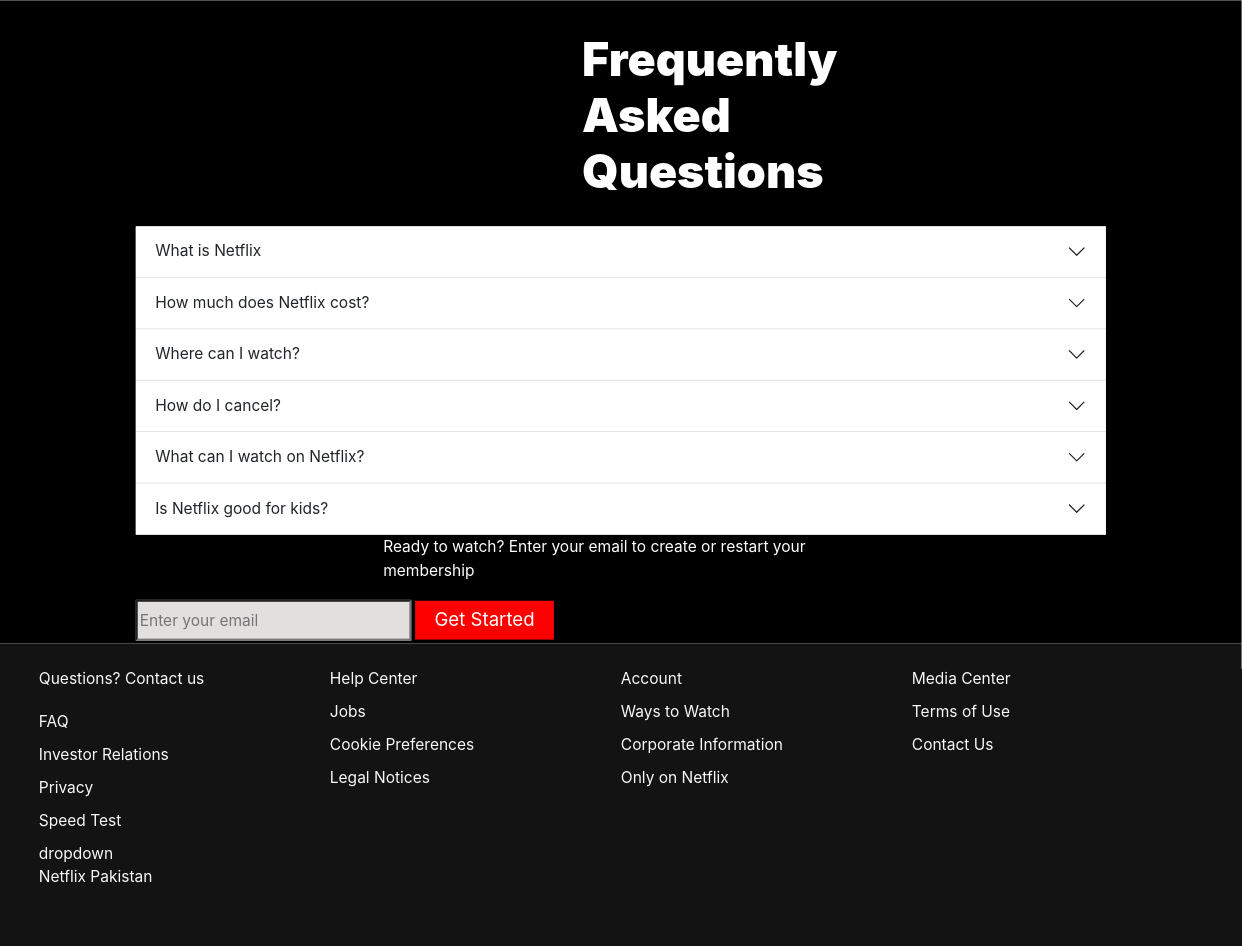
Repository: WajihaGul/Netflix-Clone
Page: /
An editor plug-in stored every save of this project. The page is shown before and after the next save, followed by the edit.
The browser window is 1280 px wide. The pictures show the part of the page from y = 621 to 1596 px (the page is 1596 px tall before and 1481 px after), at 97% of full size.
The project was rebuilt for these pictures with package versions that can differ from the ones it lists, and the page was loaded fresh each time. Also part of the build but not shown: src/App.css.

Above is the page before, as saved 2024-05-24 16:00:38.

After the next save:
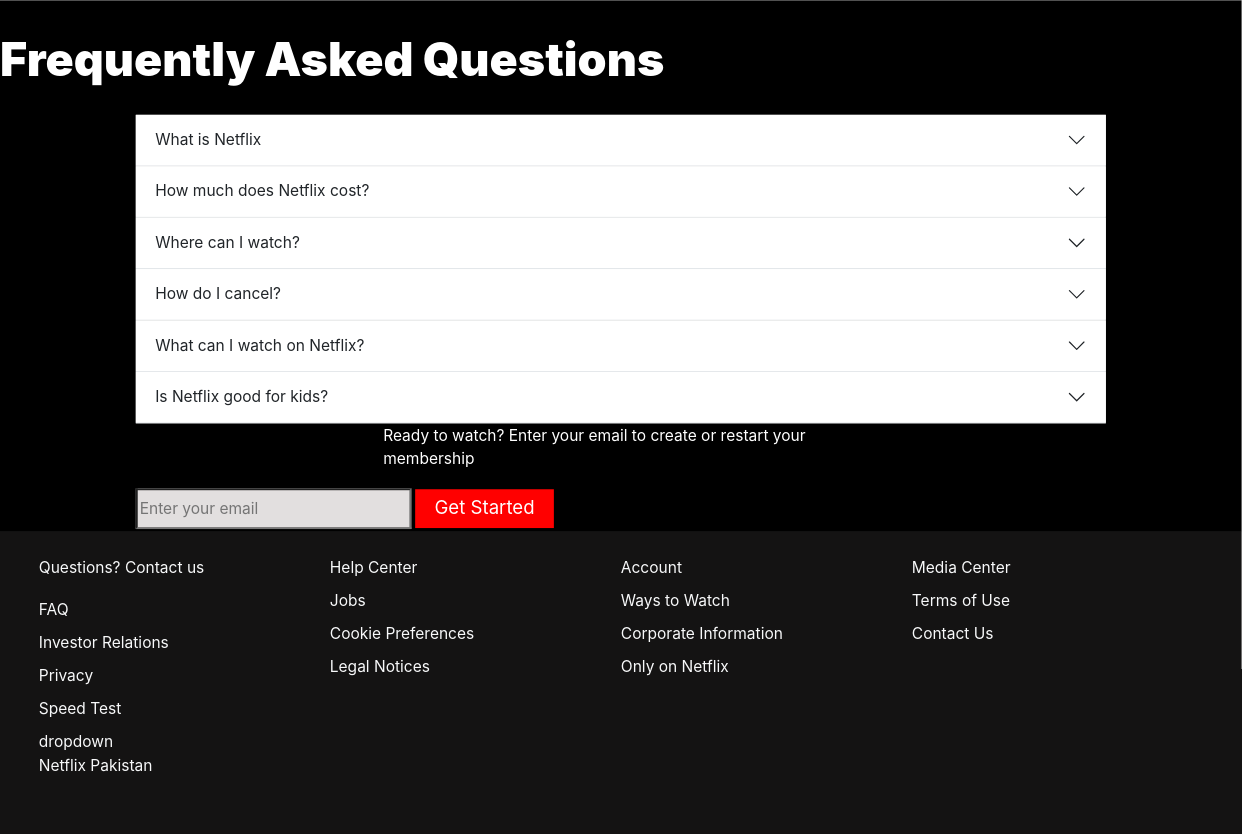
Saved 15 s later.
--- a/src/Components/FAQs/FAQs.module.css
+++ b/src/Components/FAQs/FAQs.module.css
@@ -11,8 +11,8 @@
    color:white;
    font-size: 3rem;
    font-weight: 900;
-   padding-left: 600px;
-   padding-right: 600px;
+   /* padding-left: 600px;
+   padding-right: 600px; */
    padding-bottom: 20px;
    padding-top: 32px;
 }

After the save that followed:
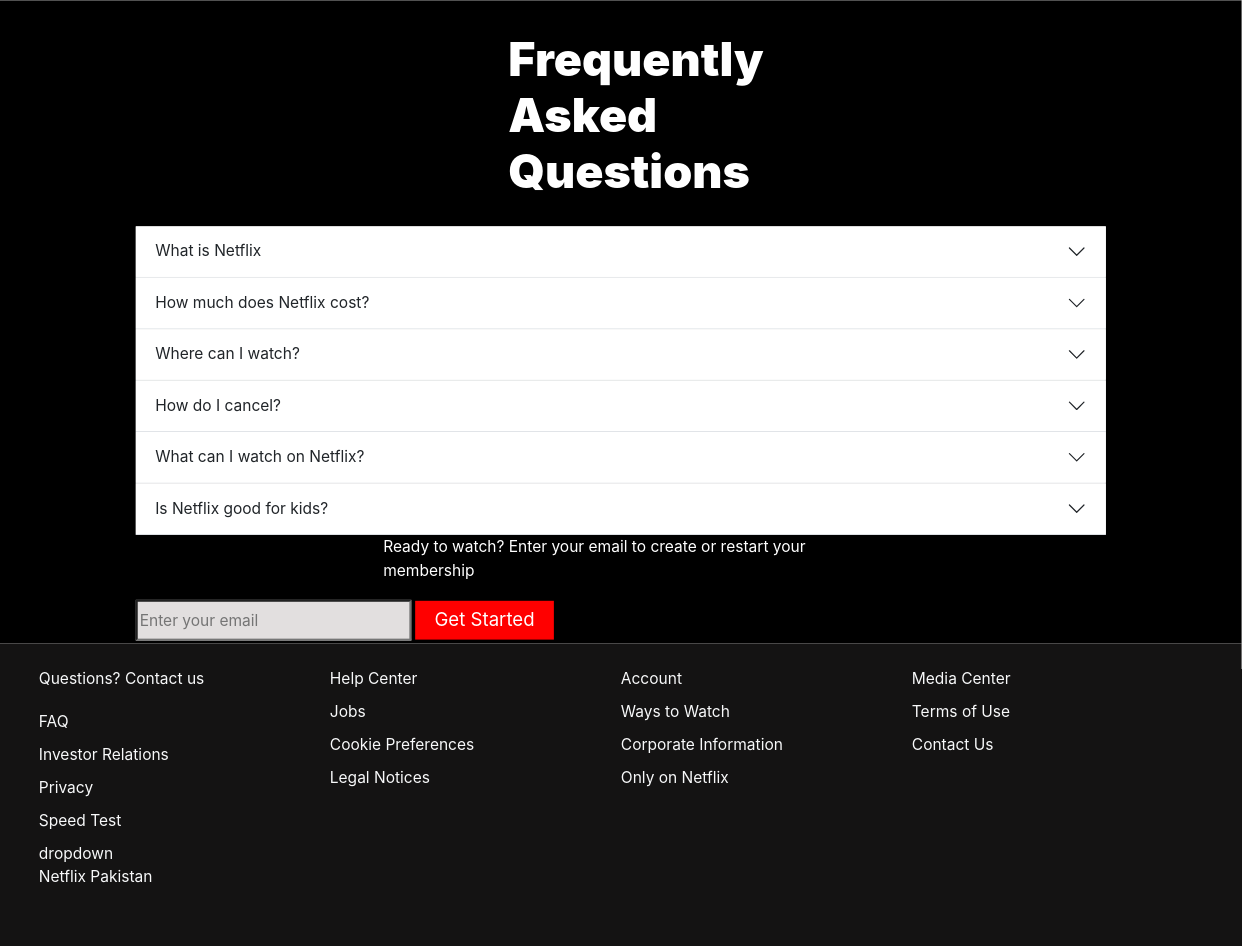
Saved 79 s later.
--- a/src/Components/FAQs/FAQs.module.css
+++ b/src/Components/FAQs/FAQs.module.css
@@ -11,8 +11,8 @@
    color:white;
    font-size: 3rem;
    font-weight: 900;
-   /* padding-left: 600px;
-   padding-right: 600px; */
+   padding-left: 524px;
+   padding-right: 524px;
    padding-bottom: 20px;
    padding-top: 32px;
 }
